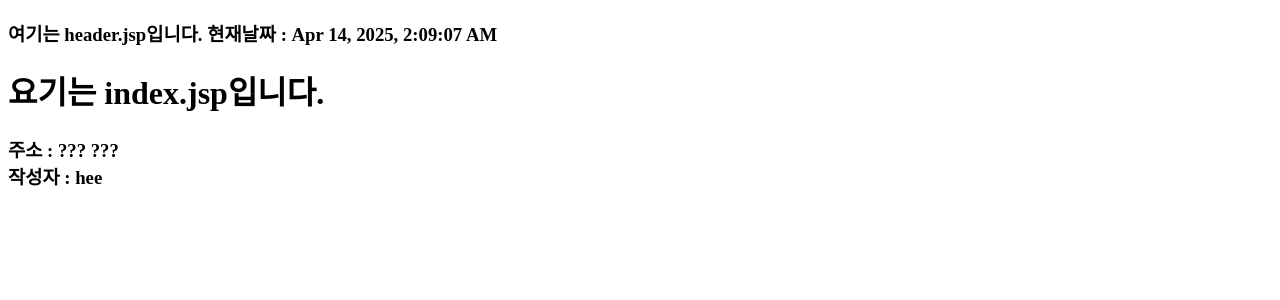
Repository: j-hee-98/Servlet-JSP
Page: http://localhost/step02_JSP/action_include/index.jsp
These files come from the project's save history. The page is drawn as it stood at one moment and after the next save; the edit follows.
The browser window is 1280 px wide. The pictures show the whole page.
The page is served by Tomcat 9. Other server files are loaded and not shown.

Above is the page before, as saved 2025-04-15 03:03:00.

### step02_JSP/src/main/webapp/action_include/index.jsp
<%@ page language="java" contentType="text/html; charset=UTF-8"
    pageEncoding="UTF-8"%>
<!DOCTYPE html>
<html>
<head>
<meta charset="UTF-8">
<title>Insert title here</title>
</head>
<body>
<jsp:include page="header.jsp"></jsp:include>
	<h1>요기는 index.jsp입니다.</h1>
	<%
		String addr = "서울시 강남구";
	%>

<!-- footer.jsp 쪽으로 addr, name을 전달 -->
<jsp:include page="footer.jsp">
	<jsp:param value="<%=addr %>" name="addr"/>
	<jsp:param value="hee" name="name"/>
</jsp:include>
</body>
</html>

### step02_JSP/src/main/webapp/action_include/header.jsp
	<%@page import="java.util.Date"%>
	<%@ page language="java" contentType="text/html; charset=UTF-8"
    pageEncoding="UTF-8"%>
<h3>
	여기는 header.jsp입니다.
	현재날짜 : <%=new Date().toLocaleString() %>
	</h3>

### step02_JSP/src/main/webapp/action_include/footer.jsp
<%@ page language="java" contentType="text/html; charset=UTF-8"
    pageEncoding="UTF-8"%>

	<h3>
		주소 : <%=request.getParameter("addr") %> <br>
		작성자 : <%=request.getParameter("name") %>
	</h3>

After the next save:
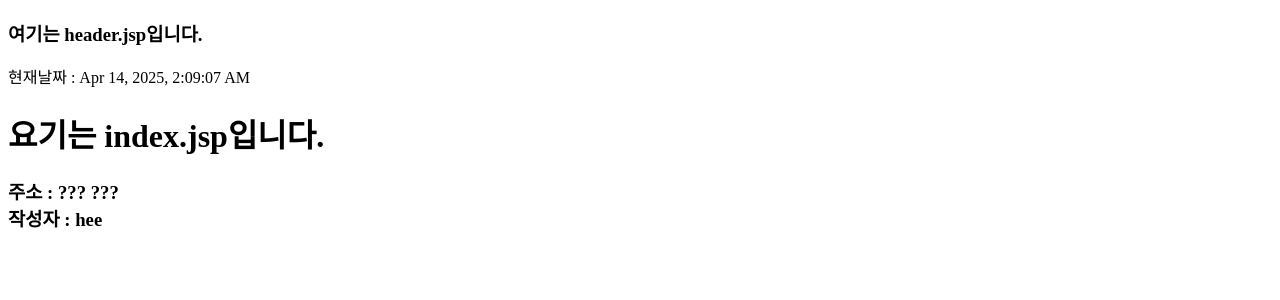
Saved 14 s later.
--- a/step02_JSP/src/main/webapp/action_include/header.jsp
+++ b/step02_JSP/src/main/webapp/action_include/header.jsp
@@ -3,5 +3,5 @@
     pageEncoding="UTF-8"%>
 <h3>
 	여기는 header.jsp입니다.
+	</h3>
 	현재날짜 : <%=new Date().toLocaleString() %>
-	</h3>
